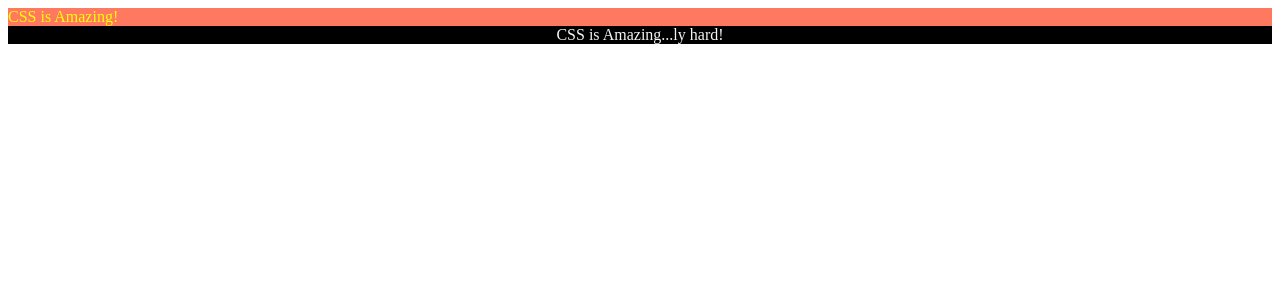
Repository: sammkrt/saltPrecourse
Page: css-trainingGround/cssInHead.html
The author's editor kept a copy of each file at every save. The page is drawn from the files as they stood at one save, then again after the next save.
The browser window is 1280 px wide. The pictures show the whole page.

Above is the page before, as saved 2022-12-22 10:04:23.

### css-trainingGround/cssInHead.html
<!DOCTYPE html>
<html lang="en">
<head>
    <meta charset="UTF-8">
    <meta http-equiv="X-UA-Compatible" content="IE=edge">
    <meta name="viewport" content="width=device-width, initial-scale=1.0">
    <title>Document</title>
    <style>
        .negative {
            background-color: black;
            color: whitesmoke;
            text-align: center;
        }
        .positive {
            background-color: #ff7961;
            color: yellow;
        }
    </style>
</head>
<body>
    <div class="positive">CSS is Amazing!</div>
    <div class="negative">CSS is Amazing...ly hard!</div>
</body>
</html>

After the next save:
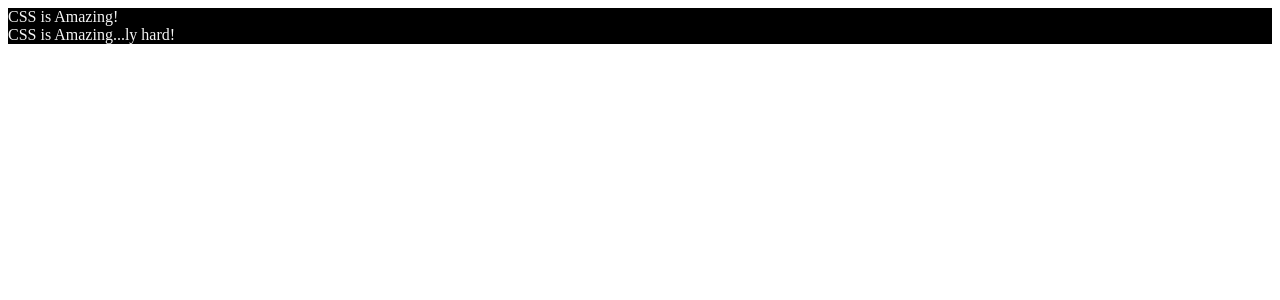
Saved 2 min 17 s later.
--- a/css-trainingGround/cssInHead.html
+++ b/css-trainingGround/cssInHead.html
@@ -6,14 +6,9 @@
     <meta name="viewport" content="width=device-width, initial-scale=1.0">
     <title>Document</title>
     <style>
-        .negative {
+        div {
             background-color: black;
             color: whitesmoke;
-            text-align: center;
-        }
-        .positive {
-            background-color: #ff7961;
-            color: yellow;
         }
     </style>
 </head>
